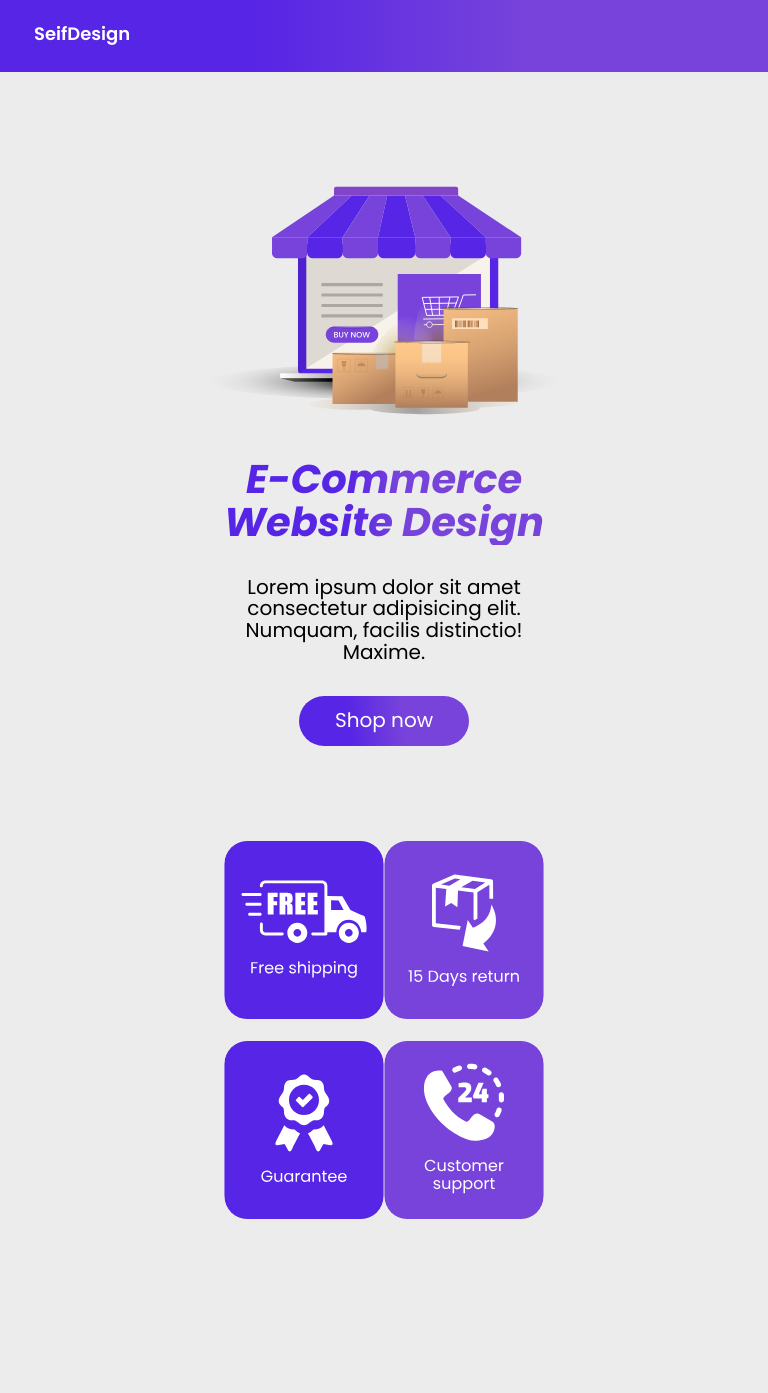
Repository: NatiqSamiyev/commers-desing-JS
Page: index.html
These files come from the project's save history. The page is drawn as it stood at one moment and after the next save; the edit follows.
The browser window is 768 px wide. The pictures show the whole page.
Some web fonts or font styles are not loaded; a fallback is used.

Above is the page before, as saved 2023-11-06 11:42:14.

### index.html
<!DOCTYPE html>
<html lang="en">
  <head>
    <meta charset="UTF-8" />
    <meta name="viewport" content="width=device-width, initial-scale=1.0" />
    <title>Document</title>
    <link rel="stylesheet" href="index.css" />
  </head>
  <body>
    <div class="commerse-design-container">
      <div class="top-container">
        <h1>SeifDesign</h1>

        <nav>
          <ul>
            <li>
              <a href="#">Product</a>
            </li>
            <li>
              <a href="#">Pricing</a>
            </li>
            <li>
              <a href="#">Contact</a>
            </li>
          </ul>
        </nav>


      </div>

      <main>
        <div class="image-container">
          <div class="box-1">
            <h2>E-Commerce Website Design</h2>
            <p>
              Lorem ipsum dolor sit amet consectetur adipisicing elit. Numquam,
              facilis distinctio! Maxime.
            </p>
            <button>
              <a href="#">Shop now</a>
            </button>
          </div>

          <div class="box-2">
            <img src="./image/Group.svg" alt="" />
          </div>
        </div>


        <div class="bottom-container">
          <div class="box-1">
            <img src="./image/Frame 12.svg" alt="" />
            <img src="./image/Frame 11.svg" alt="" />
          </div>
         <div class="box-2">
          <img src="./image/Frame 10.svg" alt="" />
          <img src="./image/Frame 13.svg" alt="" />
         </div>

        </div>
      </main>


  </body>
  <script src="./index.js"></script>
</html>

### index.css
@import url("https://fonts.googleapis.com/css2?family=Epilogue:wght@400;600;700;800;900&family=Inter:wght@400;500;600;700&family=Laila:wght@700&family=Open+Sans:wght@400;600;700;800&family=Poppins:ital,wght@0,400;0,500;0,600;0,700;1,700&family=Roboto+Slab:wght@700&family=Roboto:wght@400;700;900&display=swap");

* {
  margin: 0;
  padding: 0;
  box-sizing: border-box;
}

.commerse-design-container {
  width: 100%;
  padding: 0 0 33px 0;
  min-height: 100vh;
}

.top-container {
  width: 100%;
  padding: 16px 0 21px 34px;
  height: 72px;
  display: flex;
  justify-content: flex-start;
  align-items: center;
  background: linear-gradient(270deg, #7743db 31.64%, #5725e5 66.78%);
}

.top-container h1 {
  color: #fff;
  font-family: Poppins;
  font-size: 26px;
  font-style: normal;
  font-weight: 600;
  line-height: normal;
}

.top-container nav {
  margin-left: 200px;
}

.top-container nav ul {
  display: flex;
}

.top-container nav ul li {
  margin-right: 73px;
  list-style-type: none;
}

.top-container nav ul li a {
  text-decoration: none;
  color: #fff;
  text-align: center;
  font-family: Poppins;
  font-size: 24px;
  font-style: normal;
  font-weight: 300;
  line-height: normal;
}



main {
  width: 100%;
  padding: 100px 83px;

}
main .image-container{
  margin-bottom: 83px;
  display: flex;
  justify-content: space-between;
}

main .image-container .box-1 {
  /* padding: 3px 34px;
  height: 403px; */
}

.box-1 h2 {
  margin-bottom: 32px;
  font-family: Poppins;
  font-size: 68px;
  font-style: italic;
  font-weight: 700;
  line-height: 109%;
  background: linear-gradient(268deg, #7743db 46.2%, #5725e5 59.09%);
  background-clip: text;
  -webkit-background-clip: text;
  -webkit-text-fill-color: transparent;
}

.box-1 p {
  margin-bottom: 32px;
  color: #000;
  font-family: Poppins;
  font-size: 26px;
  font-style: normal;
  font-weight: 300;
  line-height: 109%;
}

.box-1 button {
  width: 170px;
  height: 50px;
  padding: 0px 24px;
  display: flex;
  justify-content: center;
  align-items: center;
  gap: 10px;
  border-radius: 25px;
  background: linear-gradient(263deg, #7743db 38.81%, #5725e5 70.24%);
  border: none;
}

.box-1 button a {
  text-decoration: none;
  color: #fff;
  font-family: Poppins;
  font-size: 20px;
  font-style: normal;
  font-weight: 400;
  line-height: 109%;
}

.box-2 img {
  width: 677.61px;
  height: 437.417px;
}

.bottom-container {
  display: flex;
  justify-content: center;
}

.bottom-container img {
  margin-right: 64px;
  width: 178px;
  height: 199px;
  padding: 10px;
  border-radius: 25px;
}
.bottom-container .box-1{
  display: flex;
}

.bottom-container .box-2{
  display: flex;
}
/* mobile design */

@media screen and (max-width: 768px) {
  .commerse-design-container {
    background-color: #ececec;
  }

  .top-container {
    /* padding: 17.5px 20px/; */
    justify-content: space-between;
  }

  .top-container h1 {
    font-size: 18px;
  }

  .top-container nav {
    display: none;
  }



  main {
    padding: 100px 20px;
    margin-bottom: 0;

  }

  .box-2 {
    margin-bottom: 29px;
    display: flex;
    justify-content: center;
    align-items: center;
  }
 .image-container {
  flex-direction: column-reverse;
 }
  .box-2 img {
    width: 352px;
    height: 256.511px;
  }

 .image-container .box-1 {
    width: 100%;
    /* padding: 0; */
    /* height: 312px; */
    display: flex;
    justify-content: center;
    flex-direction: column;
    align-items: center;
  }

 .image-container .box-1 h2 {
    width: 390px;
    text-align: center;
    font-size: 40px;
  }

  .box-1 p {
    width: 332px;
    text-align: center;
    font-size: 20px;
  }

  .bottom-container {
    margin: auto;
    width: 345px;
    margin-top: 46px;
    display: flex;
    height: 431px;
    flex-direction: column;
    justify-content: center;
    align-items: center;
    gap: 20px;
    flex-wrap: wrap;
  }

  .bottom-container img {
    width: 160px;
    height: 180px;
    padding: 0;
    margin-right: 0;
  }

  .box-1 button {
    margin-bottom: 0;
  }
}

Loaded but not shown: index.js (no stored copy; drawn as an empty file)

After the next save:
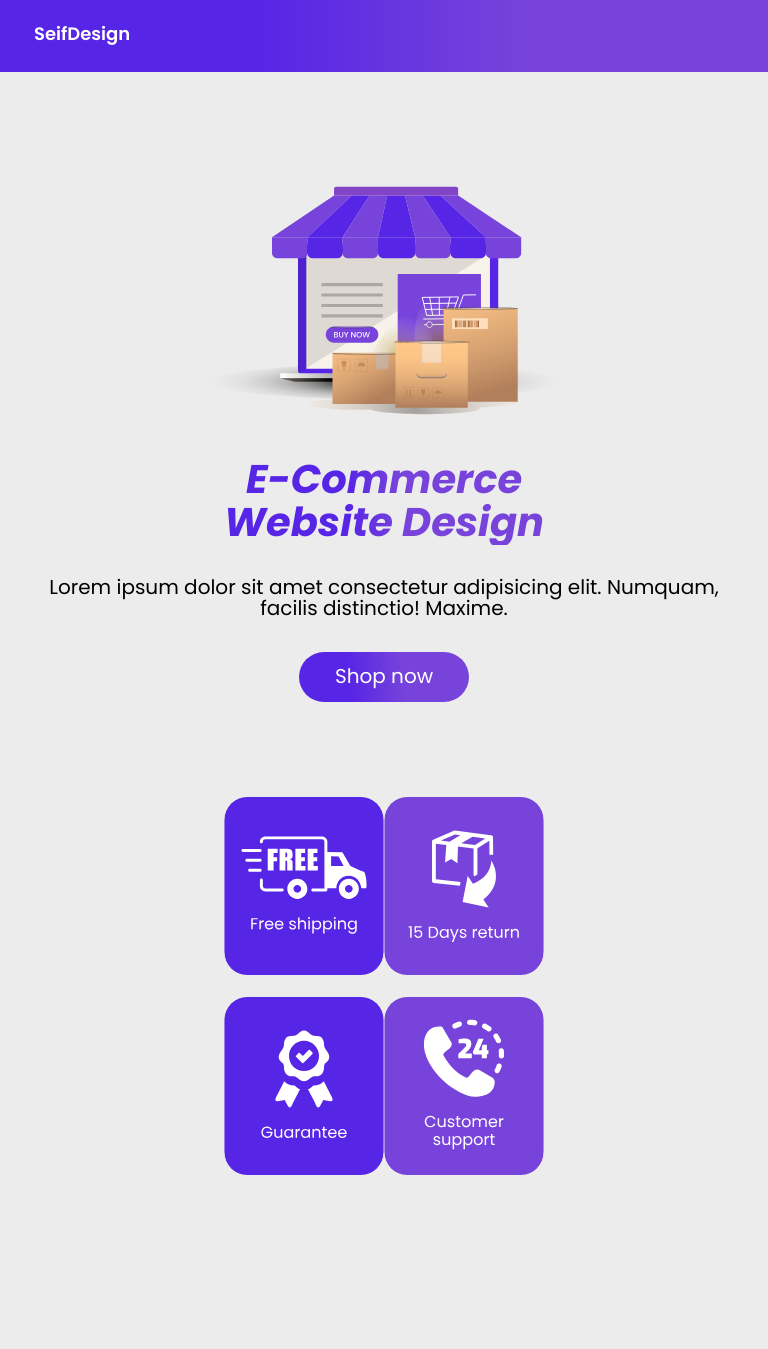
Saved 44 s later.
--- a/index.css
+++ b/index.css
@@ -202,7 +202,7 @@ main .image-container .box-1 {
   }
 
   .box-1 p {
-    width: 332px;
+
     text-align: center;
     font-size: 20px;
   }
